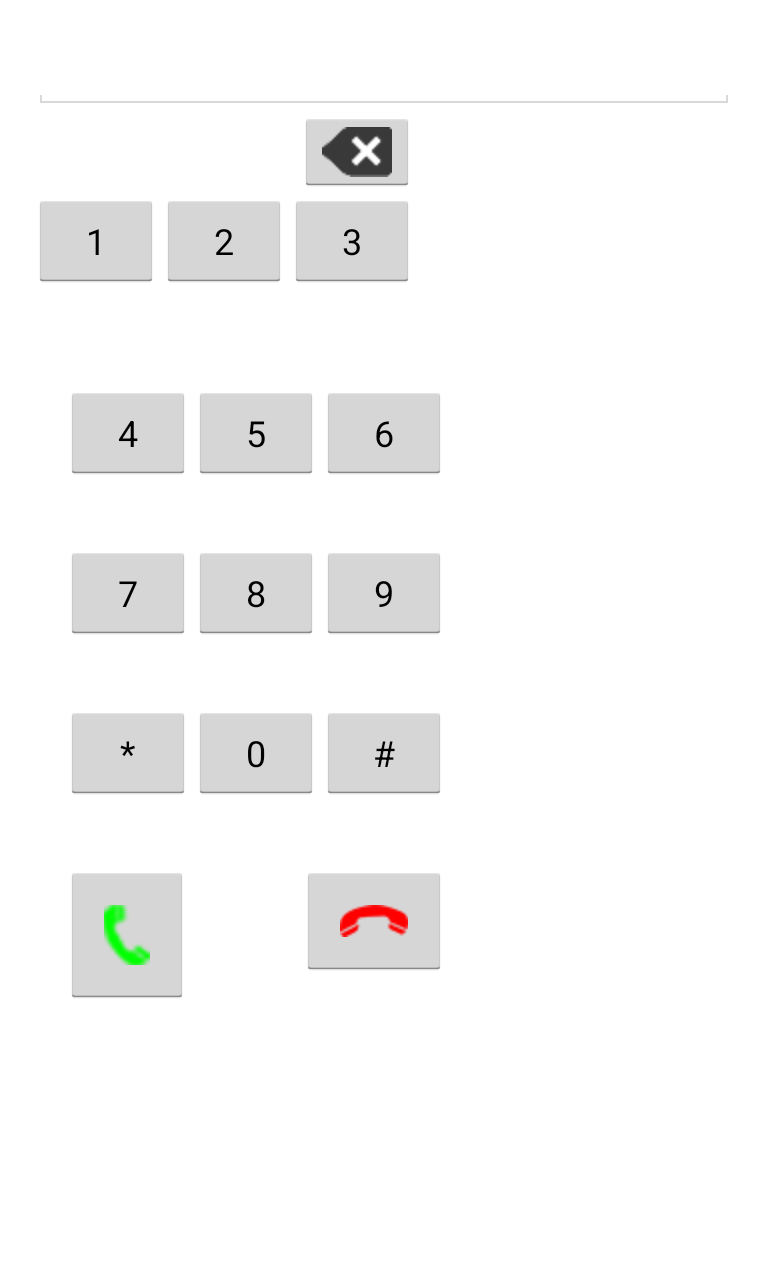
Repository: andreeastoican/Laborator03
Layout: PhoneDialer/res/layout/activity_phone_dialer.xml
These files come from the project's save history. The layout is drawn as it stood at one moment and after the next save; the edit follows.
It is drawn on a 768 x 1280 px phone screen (xhdpi) without system bars, with theme AppTheme; the app's code is not run.

Above is the layout before, as saved 2015-03-10 09:58:16.

### PhoneDialer/res/layout/activity_phone_dialer.xml
<LinearLayout xmlns:android="http://schemas.android.com/apk/res/android"
    xmlns:tools="http://schemas.android.com/tools"
    android:layout_width="match_parent"
    android:layout_height="match_parent"
    android:paddingBottom="@dimen/activity_vertical_margin"
    android:paddingLeft="@dimen/activity_horizontal_margin"
    android:paddingRight="@dimen/activity_horizontal_margin"
    android:paddingTop="@dimen/activity_vertical_margin"
    android:orientation="vertical"
    tools:context="ro.pub.cs.systems.pdsd.lab03.phonedialer.PhoneDialerActivity" >

    <EditText
        android:id="@+id/id_edit_text"
		android:layout_width="fill_parent"
	    android:layout_height="wrap_content"
	    android:ems="10"
	    android:inputType="text"
	    android:enabled="false"
        />

    <GridLayout
	    android:id="@+id/GridLayout1"
	    android:layout_width="wrap_content"
	    android:layout_height="wrap_content"
	    tools:context=".GridXMLActivity"
	    android:rowCount="6"
	    android:columnCount="3" >

        <ImageButton
        android:id="@+id/id_img_button"
        android:layout_width="wrap_content"
        android:layout_height="wrap_content"
        android:src="@drawable/backspace"
        android:layout_below="@id/id_edit_text"
        android:layout_alignParentRight="true"
        android:layout_gravity="right"
		android:layout_columnSpan="3"
    	/>

        <Button
			    android:id="@+id/id1"
		    android:layout_width="wrap_content"
	        android:layout_height="wrap_content"
	        android:text="1"
		    />
		<Button
		    android:id="@+id/id2"
		    android:layout_width="wrap_content"
	        android:layout_height="wrap_content"
	        android:text="2"
		    />
		<Button
		    android:id="@+id/id3"
		    android:layout_width="wrap_content"
	        android:layout_height="wrap_content"
	        android:text="3"
		    />

    </GridLayout>



	<LinearLayout
	      android:id="@+id/layout1"
		  android:layout_below="@id/id_img_button"
		  android:layout_width="wrap_content"
		  android:layout_height="wrap_content"
		  android:paddingBottom="@dimen/activity_vertical_margin"
		  android:paddingLeft="@dimen/activity_horizontal_margin"
		  android:paddingRight="@dimen/activity_horizontal_margin"
		  android:paddingTop="@dimen/activity_vertical_margin"
		  android:orientation="horizontal">



	</LinearLayout>

	<LinearLayout
	  android:layout_below="@id/layout1"
	  android:id="@+id/layout2"
	  android:layout_width="wrap_content"
	  android:layout_height="wrap_content"
	  android:paddingBottom="@dimen/activity_vertical_margin"
	  android:paddingLeft="@dimen/activity_horizontal_margin"
	  android:paddingRight="@dimen/activity_horizontal_margin"
	  android:paddingTop="@dimen/activity_vertical_margin"
	  android:orientation="horizontal">

		<Button
		    android:id="@+id/id4"
		    android:layout_width="wrap_content"
	        android:layout_height="wrap_content"
	        android:text="4"
		    />
		<Button
		    android:id="@+id/id5"
		    android:layout_width="wrap_content"
	        android:layout_height="wrap_content"
	        android:text="5"
		    />
		<Button
		    android:id="@+id/id6"
		    android:layout_width="wrap_content"
	        android:layout_height="wrap_content"
	        android:text="6"
		    />

	</LinearLayout>


	<LinearLayout
	  android:layout_below="@id/layout2"
	  android:id="@+id/layout3"
	  android:layout_width="wrap_content"
	  android:layout_height="wrap_content"
	  android:paddingBottom="@dimen/activity_vertical_margin"
	  android:paddingLeft="@dimen/activity_horizontal_margin"
	  android:paddingRight="@dimen/activity_horizontal_margin"
	  android:paddingTop="@dimen/activity_vertical_margin"
	  android:orientation="horizontal">

		<Button
		    android:id="@+id/id7"
		    android:layout_width="wrap_content"
	        android:layout_height="wrap_content"
	        android:text="7"
		    />
		<Button
		    android:id="@+id/id8"
		    android:layout_width="wrap_content"
	        android:layout_height="wrap_content"
	        android:text="8"
		    />
		<Button
		    android:id="@+id/id9"
		    android:layout_width="wrap_content"
	        android:layout_height="wrap_content"
	        android:text="9"
		    />

	</LinearLayout>

	<LinearLayout
	  android:layout_below="@id/layout3"
	  android:id="@+id/layout4"
	  android:layout_width="wrap_content"
	  android:layout_height="wrap_content"
	  android:paddingBottom="@dimen/activity_vertical_margin"
	  android:paddingLeft="@dimen/activity_horizontal_margin"
	  android:paddingRight="@dimen/activity_horizontal_margin"
	  android:paddingTop="@dimen/activity_vertical_margin"
	  android:orientation="horizontal">

		<Button
		    android:id="@+id/id10"
		    android:layout_width="wrap_content"
	        android:layout_height="wrap_content"
	        android:text="*"
		    />
		<Button
		    android:id="@+id/id0"
		    android:layout_width="wrap_content"
	        android:layout_height="wrap_content"
	        android:text="0"
		    />
		<Button
		    android:id="@+id/id11"
		    android:layout_width="wrap_content"
	        android:layout_height="wrap_content"
	        android:text="#"
		    />
	</LinearLayout>

	<RelativeLayout
	  android:layout_below="@id/layout4"
	  android:layout_width="wrap_content"
	  android:layout_height="wrap_content"
	  android:paddingBottom="@dimen/activity_vertical_margin"
	  android:paddingLeft="@dimen/activity_horizontal_margin"
	  android:paddingRight="@dimen/activity_horizontal_margin"
	  android:paddingTop="@dimen/activity_vertical_margin"
	  android:orientation="horizontal">

		<ImageButton
		    android:id="@+id/img_on"
		    android:layout_width="wrap_content"
	        android:layout_height="wrap_content"
	        android:src="@drawable/call"
	        android:padding="20dp"
		    />

		<ImageButton
		    android:id="@+id/img_off"
		    android:layout_width="wrap_content"
	        android:layout_height="wrap_content"
	        android:text="#"
	        android:layout_toRightOf="@id/img_on"
	        android:padding="20dp"
	        android:layout_marginLeft="55dp"
	        android:src="@drawable/hangup"
		    />
	</RelativeLayout>"

</LinearLayout>

Loaded but not shown: PhoneDialer/res/values/styles.xml (common file); PhoneDialer/res/values-v11/styles.xml (common file); PhoneDialer/res/values-v14/styles.xml (common file); PhoneDialer/res/values/dimens.xml (common file); PhoneDialer/res/values-w820dp/dimens.xml (common file)

After the next save:
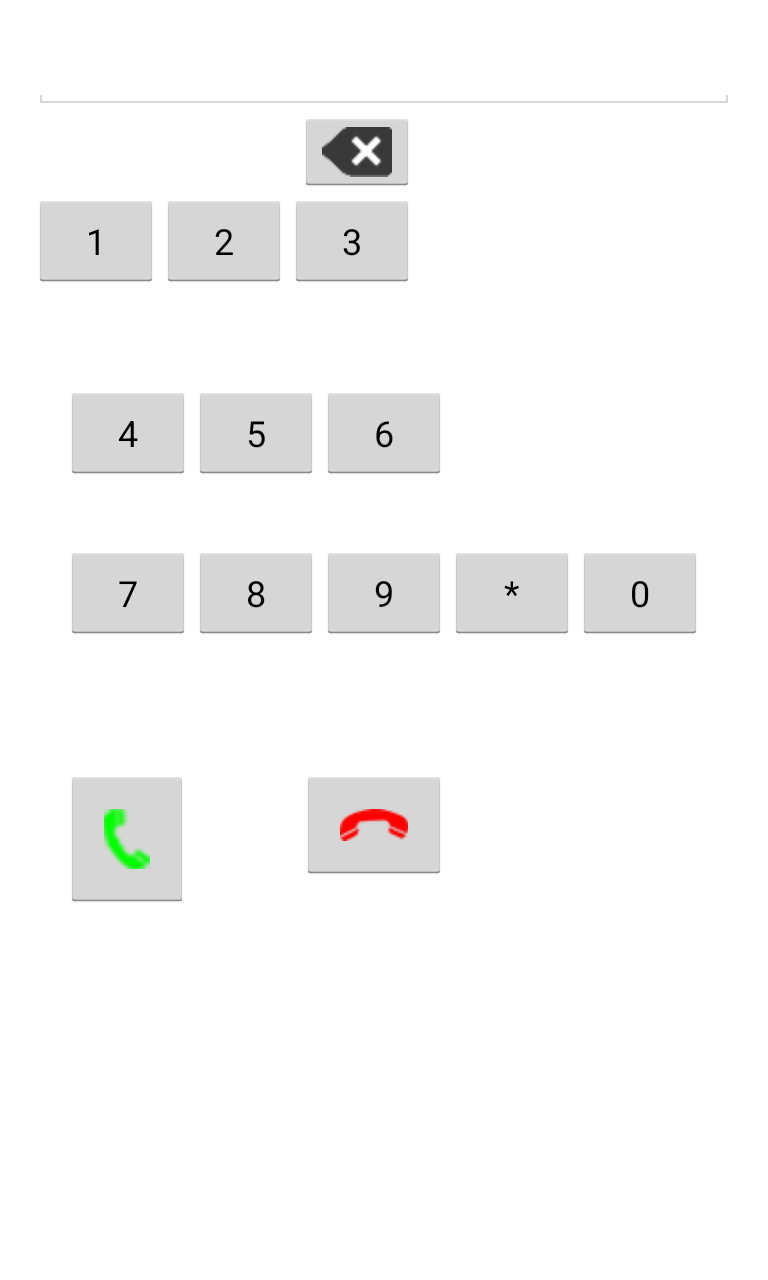
Saved 8 s later.
--- a/PhoneDialer/res/layout/activity_phone_dialer.xml
+++ b/PhoneDialer/res/layout/activity_phone_dialer.xml
@@ -137,6 +137,24 @@
 	        android:layout_height="wrap_content"
 	        android:text="9"
 		    />
+		<Button
+		    android:id="@+id/id10"
+		    android:layout_width="wrap_content"
+	        android:layout_height="wrap_content"
+	        android:text="*"
+		    />
+		<Button
+		    android:id="@+id/id0"
+		    android:layout_width="wrap_content"
+	        android:layout_height="wrap_content"
+	        android:text="0"
+		    />
+		<Button
+		    android:id="@+id/id11"
+		    android:layout_width="wrap_content"
+	        android:layout_height="wrap_content"
+	        android:text="#"
+		    />
 
 	</LinearLayout>
 
@@ -151,24 +169,7 @@
 	  android:paddingTop="@dimen/activity_vertical_margin"
 	  android:orientation="horizontal">
 
-		<Button
-		    android:id="@+id/id10"
-		    android:layout_width="wrap_content"
-	        android:layout_height="wrap_content"
-	        android:text="*"
-		    />
-		<Button
-		    android:id="@+id/id0"
-		    android:layout_width="wrap_content"
-	        android:layout_height="wrap_content"
-	        android:text="0"
-		    />
-		<Button
-		    android:id="@+id/id11"
-		    android:layout_width="wrap_content"
-	        android:layout_height="wrap_content"
-	        android:text="#"
-		    />
+
 	</LinearLayout>
 
 	<RelativeLayout
